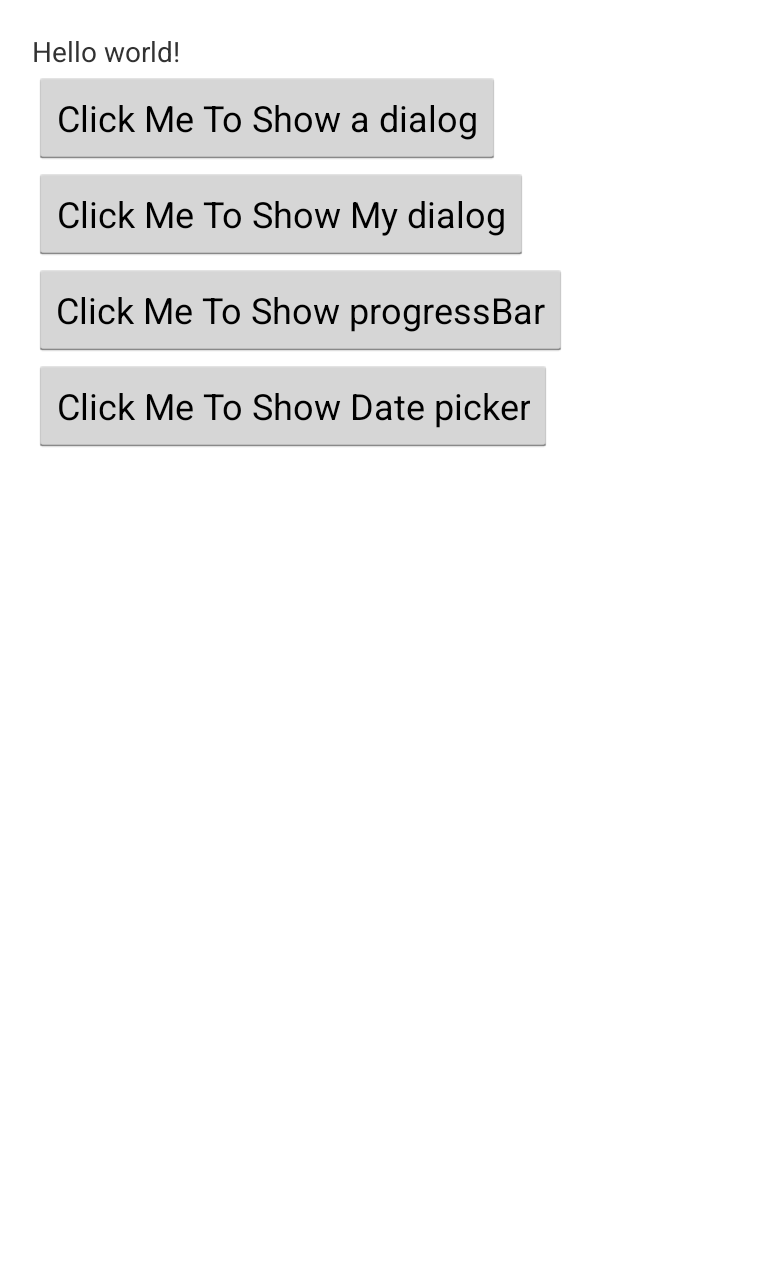
Repository: libelosophy/anjoyo
Layout: workspace/DialogDemo/res/layout/activity_dialog_demo.xml
These files come from the project's save history. The layout is drawn as it stood at one moment and after the next save; the edit follows.
It is drawn on a 768 x 1280 px phone screen (xhdpi) without system bars, with theme AppTheme; the app's code is not run.

Above is the layout before, as saved 2013-09-13 00:55:14.

### workspace/DialogDemo/res/layout/activity_dialog_demo.xml
<RelativeLayout xmlns:android="http://schemas.android.com/apk/res/android"
    xmlns:tools="http://schemas.android.com/tools"
    android:layout_width="match_parent"
    android:layout_height="match_parent"
    android:paddingBottom="@dimen/activity_vertical_margin"
    android:paddingLeft="@dimen/activity_horizontal_margin"
    android:paddingRight="@dimen/activity_horizontal_margin"
    android:paddingTop="@dimen/activity_vertical_margin"
    tools:context=".DialogDemo" >

    <TextView
        android:id="@+id/hello"
        android:layout_width="wrap_content"
        android:layout_height="wrap_content"
        android:text="@string/hello_world" />


    <Button
        android:id="@+id/dialog_trigger_btn"
        android:layout_height="wrap_content"
        android:layout_width="wrap_content"
        android:text="@string/dialog_trigger_tips"
        android:layout_below="@id/hello"
        android:onClick="onClick"
        android:textColor="@color/button_text"
        />
     <Button
        android:id="@+id/mydialog_trigger_btn"
        android:layout_height="wrap_content"
        android:layout_width="wrap_content"
        android:text="@string/mydialog_trigger_tips"
        android:layout_below="@id/dialog_trigger_btn"
        android:onClick="onClick"
        />
      <Button
        android:id="@+id/progress_trigger_btn"
        android:layout_height="wrap_content"
        android:layout_width="wrap_content"
        android:text="@string/progress_trigger_tips"
        android:layout_below="@id/mydialog_trigger_btn"
        android:onClick="onClick"
        />

       <Button
        android:id="@+id/datepick_trigger_btn"
        android:layout_height="wrap_content"
        android:layout_width="wrap_content"
        android:text="@string/datepick_trigger_tips"
        android:layout_below="@id/progress_trigger_btn"
        android:onClick="onClick"
        />

</RelativeLayout>

### workspace/DialogDemo/res/values/strings.xml
<?xml version="1.0" encoding="utf-8"?>
<resources>

    <string name="app_name">DialogDemo</string>
    <string name="action_settings">Settings</string>
    <string name="hello_world">Hello world!</string>


    <string name ="dialog_trigger_tips">Click Me To Show a dialog</string>
	<string name ="mydialog_trigger_tips">Click Me To Show My dialog</string>
    <string name ="progress_trigger_tips">Click Me To Show progressBar</string>

     <string name ="datepick_trigger_tips">Click Me To Show Date picker</string>

</resources>

### workspace/DialogDemo/res/color/button_text.xml
<?xml version="1.0" encoding="utf-8"?>
<selector xmlns:android="http://schemas.android.com/apk/res/android">

    <item
        android:color="#f00"
        android:state_pressed="true"
        />
    <item
        android:color="#0f0"
        android:state_focused="true"/>
     <item android:color="#ff000000"/> <!-- default -->
</selector>

Loaded but not shown: workspace/DialogDemo/res/values/styles.xml (common file); workspace/DialogDemo/res/values-v11/styles.xml (common file); workspace/DialogDemo/res/values-v14/styles.xml (common file); workspace/DialogDemo/res/values/dimens.xml (common file)

After the next save:
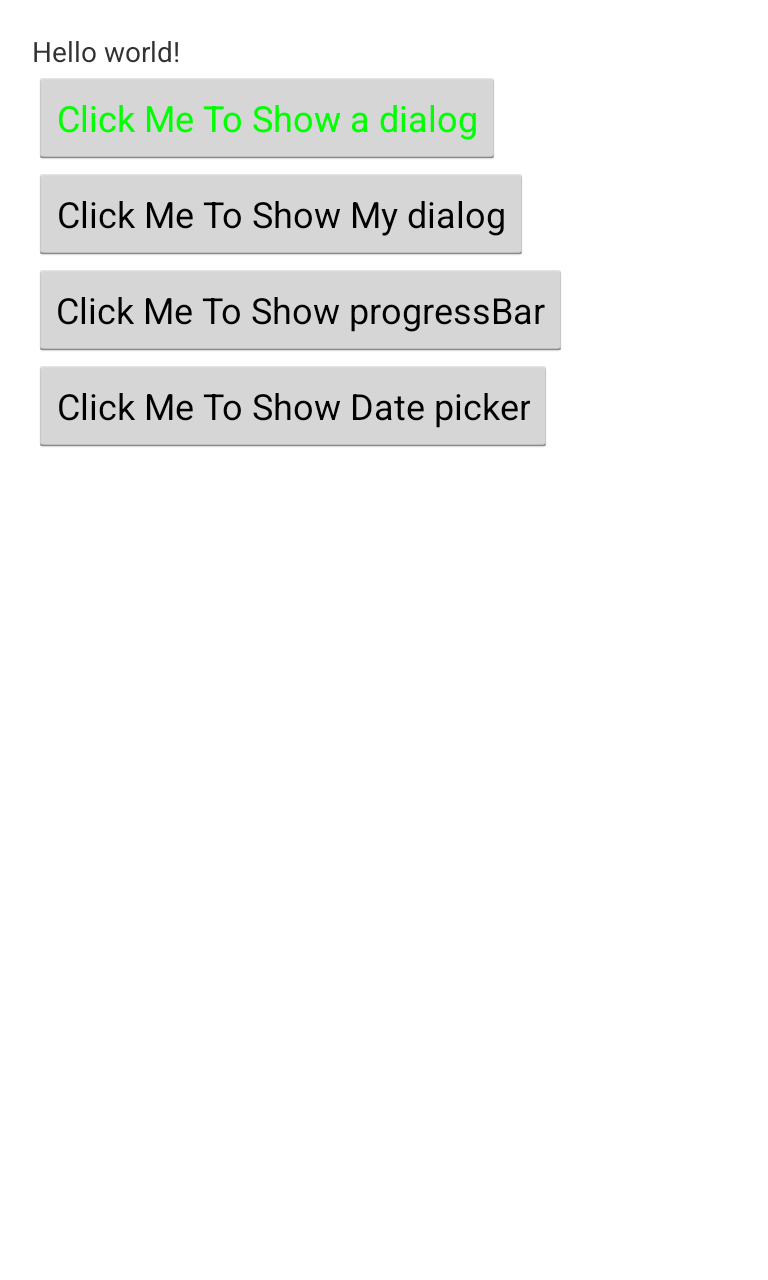
Saved 38 s later.
--- a/workspace/DialogDemo/res/color/button_text.xml
+++ b/workspace/DialogDemo/res/color/button_text.xml
@@ -8,5 +8,5 @@
     <item
         android:color="#0f0"
         android:state_focused="true"/>
-     <item android:color="#ff000000"/> <!-- default -->
+     <item android:color="#ff00ff00"/> <!-- default -->
 </selector>
